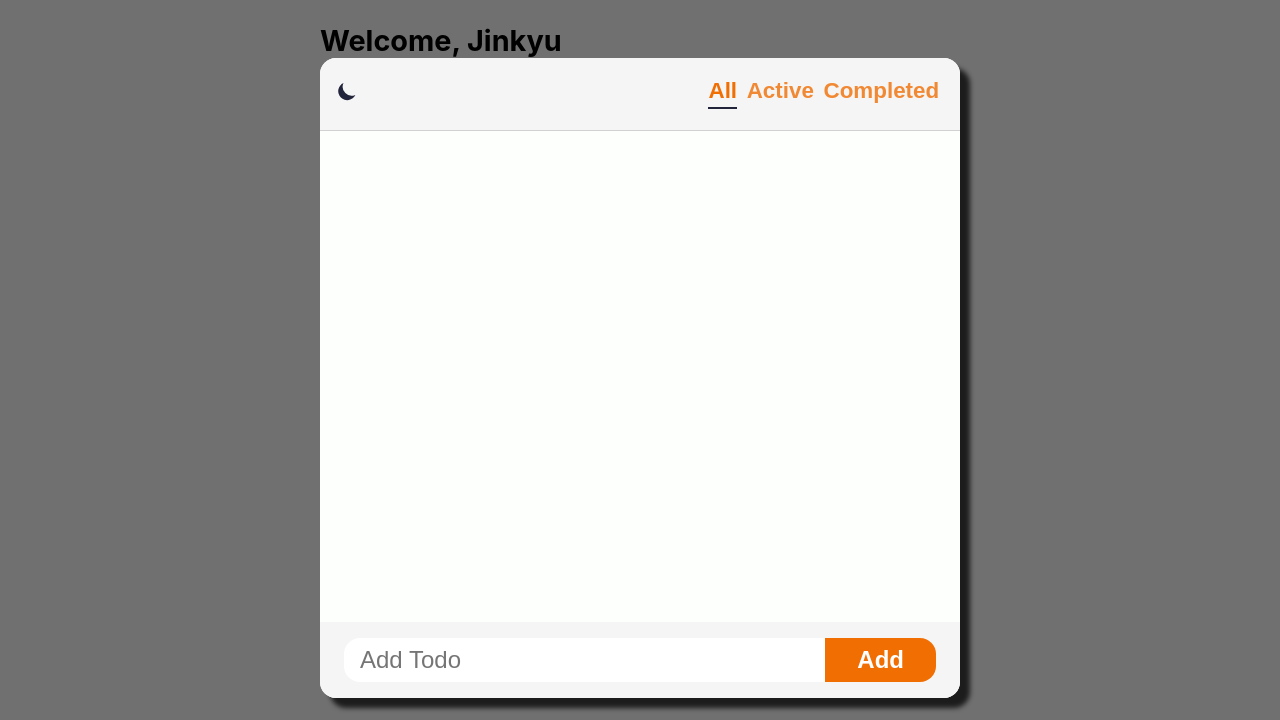
Repository: MrJinkyu/TodoList
Page: /
These files come from the project's save history. The page is drawn as it stood at one moment and after the next save; the edit follows.
The browser window is 1280 px wide. The pictures show the whole page.
The project was rebuilt for these pictures with package versions that can differ from the ones it lists, and the page was loaded fresh each time. Also part of the build but not shown: src/components/Todo.module.css, src/components/Todo.jsx, src/components/Greeting.module.css.

Above is the page before, as saved 2023-05-01 16:06:22.

After the next save:
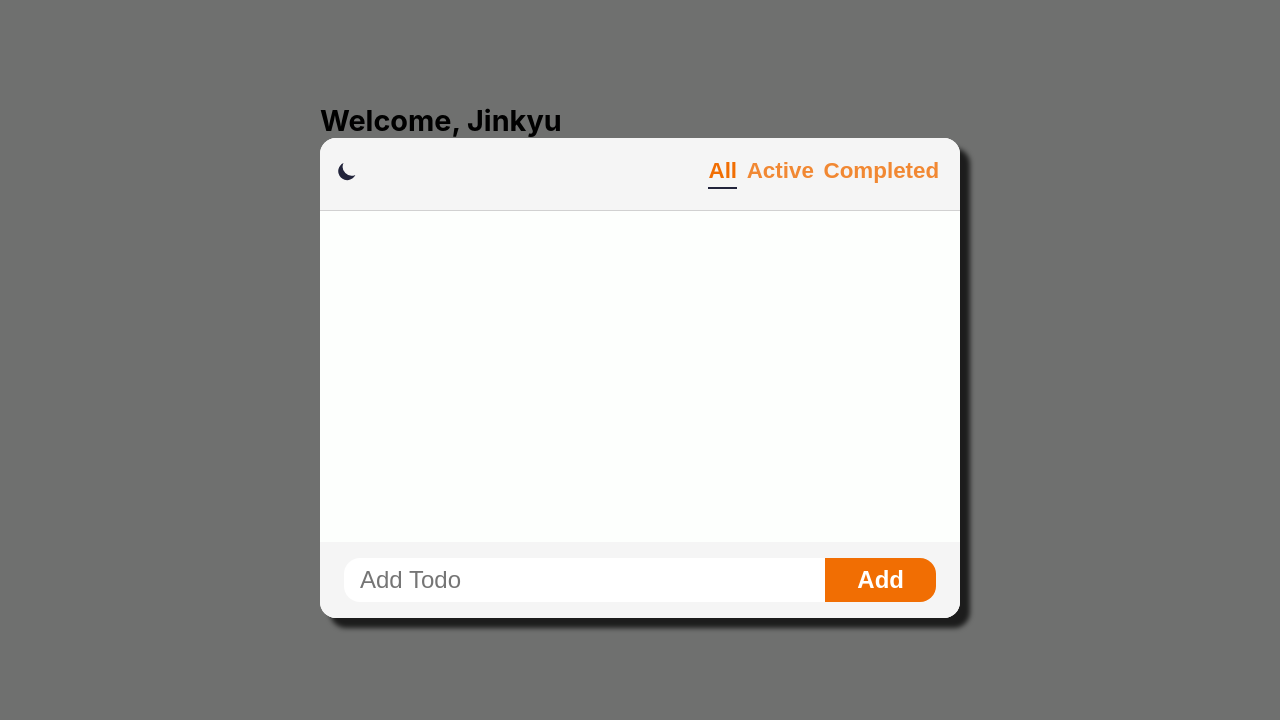
Saved 4 s later.
--- a/src/App.css
+++ b/src/App.css
@@ -3,7 +3,7 @@
     display: flex;
     flex-direction: column;
     width: 40rem;
-    height: 40rem;
+    height: 30rem;
     background-color: var(--color-bg);
     border-radius: 1rem;
     box-shadow: 10px 10px 5px 0px rgba(0,0,0,0.75);
